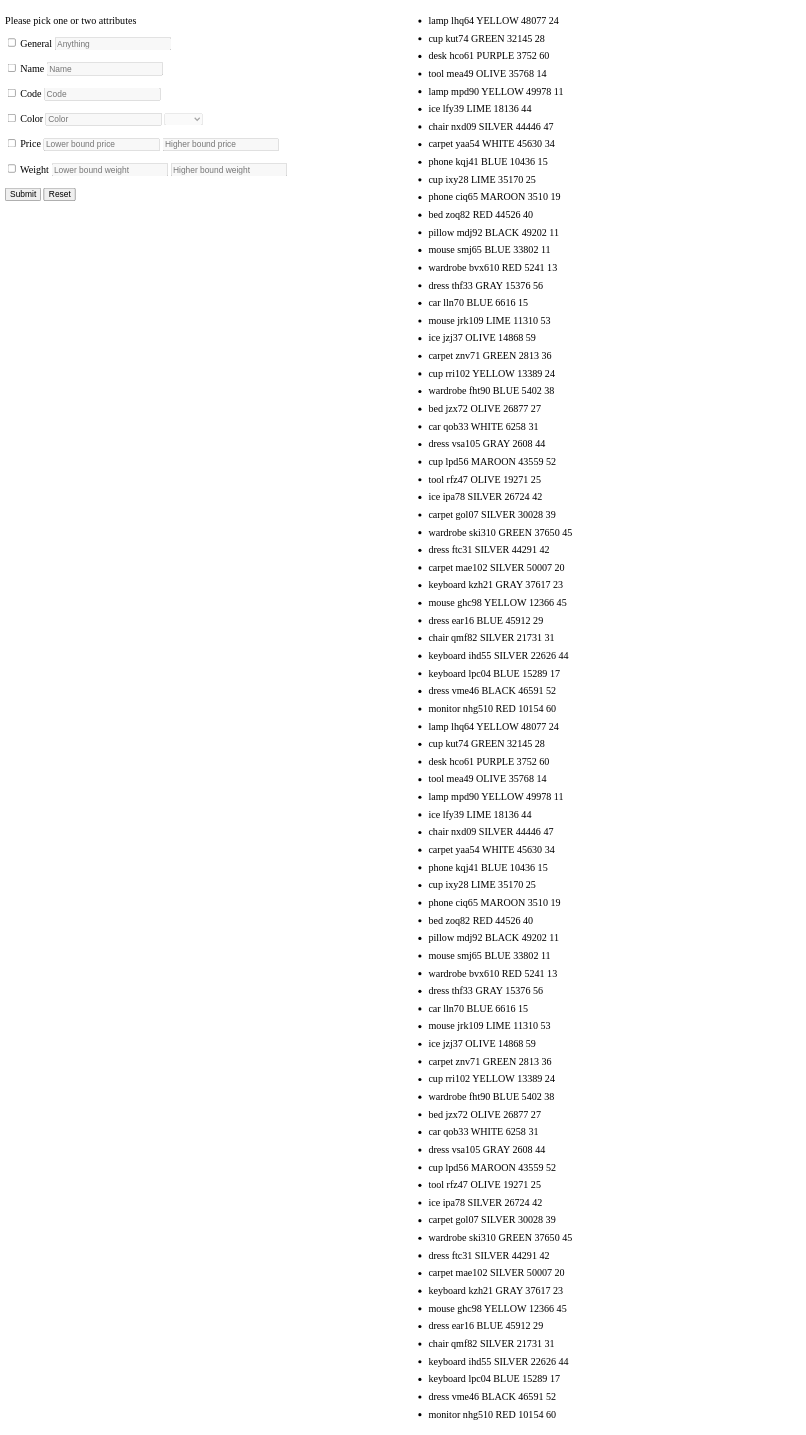
Repository: ISIT207-4-A/A1_C3_1
Page: home.html
These files come from the project's save history. The page is drawn as it stood at one moment and after the next save; the edit follows.
The browser window is 1280 px wide. The pictures show the whole page, at 63% of full size.
After loading, the first visible `button[onclick="reset()"]` was clicked once.

Above is the page before, as saved 2020-09-02 20:44:25.

After the next save:
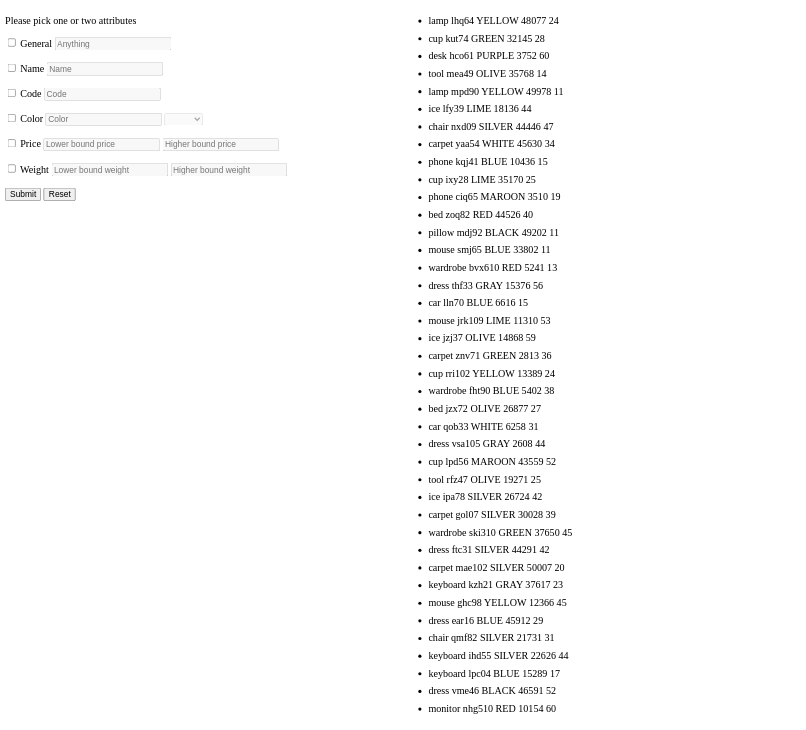
Saved 40 min 6 s later.
--- a/script.js
+++ b/script.js
@@ -110,6 +110,8 @@ function checkLimit(checkboxStatus) {
 
 //reset button
 function reset() {
+	resetList();
+
 	for (element of document.getElementsByName("attribute")) {
 		element.checked = false;
 		let checkboxValue = element.value;
